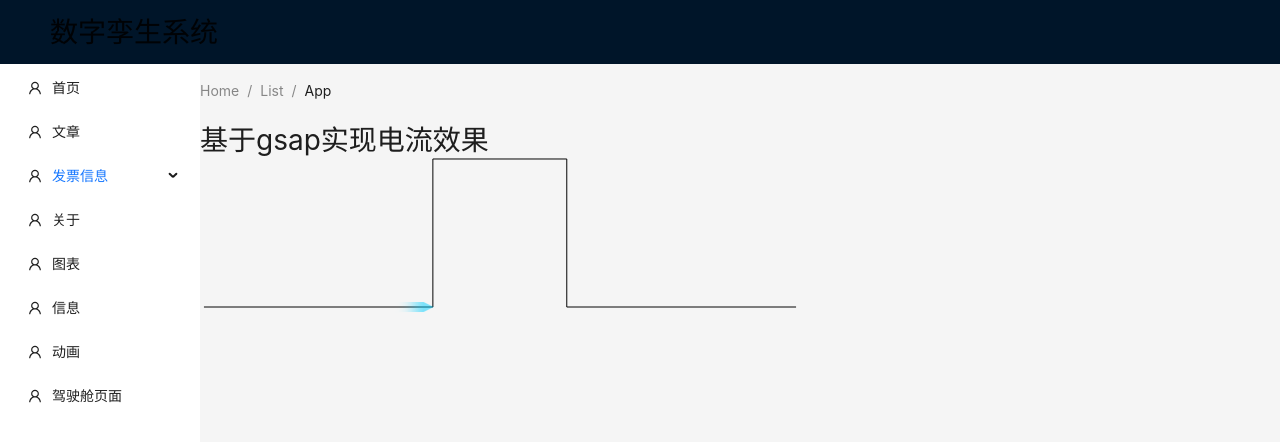
Repository: HailiePan/webpack-react-practice
Page: /animation
An editor plug-in stored every save of this project. The page is shown before and after a run of saves, followed by the edit.
The browser window is 1280 px wide. The pictures show the whole page.
The project was rebuilt for these pictures with package versions that can differ from the ones it lists, and the page was loaded fresh each time. Also part of the build but not shown: src/pages/Animation/component/ScrollAnimation/index.jsx, src/pages/Home.jsx, src/pages/Invoices/index.jsx, src/pages/Invoices/Invoice.jsx, src/pages/Invoices/Pending.jsx, src/pages/Invoices/Complete.jsx, src/components/CommonBox/index.less, src/components/CommonBox/index.jsx and 27 more.

Above is the page before, as saved 2024-01-24 17:05:16.

### index.html
<!--
 * Author  hailie.pan
 * Date  2023-10-08 16:03:03
 * LastEditors  hailie.pan
 * LastEditTime  2023-10-08 16:03:04
 * Description  file content
-->
<!--
 * Author  hailie.pan
 * Date  2023-10-07 17:34:05
 * LastEditors  hailie.pan
 * LastEditTime  2023-10-07 17:34:06
 * Description  file content
-->
<!DOCTYPE html>
<html lang="en">
  <head>
    <meta charset="UTF-8" />
    <meta http-equiv="X-UA-Compatible" content="IE=edge" />
    <meta name="viewport" content="width=device-width, initial-scale=1.0" />
    <title>Document</title>
  </head>
  <body>
    <div id="app"></div>
  </body>
</html>

### src/index.jsx
/*
 * Author  hailie.pan
 * Date  2023-10-07 17:16:58
 * LastEditors  hailie.pan
 * LastEditTime  2023-10-24 17:39:40
 * Description  file content
 */
import React, { StrictMode } from "react";
import * as ReactDOM from "react-dom/client";
import { BrowserRouter, useRoutes } from "react-router-dom";
import { routes } from "@/router";
const App = () => {
  return useRoutes(routes);
};
const root = ReactDOM.createRoot(document.getElementById("app"));
// v18 的新方法
root.render(
  <StrictMode>
    <BrowserRouter>
      <App />
    </BrowserRouter>
  </StrictMode>
);

// BrowserRouter下直接渲染useRoutes,routes里配置好路径对应的组件
// 然后就会显示路径对应的组件
// useRoutes(routes)必须在函数里写着

### src/router/index.js
/*
 * @Author: Hailie.Pan
 * @Date: 2023-11-28 10:30:45
 * @LastEditors: Hailie.Pan
 * @LastEditTime: 2024-01-11 10:41:08
 * @Description:
 */
/*
 * Author  hailie.pan
 * Date  2023-10-13 17:13:27
 * LastEditors  hailie.pan
 * LastEditTime  2023-11-28 10:30:45
 * Description  file content
 */
import React from "react";
import { useRoutes } from "react-router-dom";

import BaseLayout from "@/BaseLayout";

import Home from "@/pages/Home";
import Invoices from "@/pages/Invoices";
import Invoice from "@/pages/Invoices/Invoice";
import Pending from "@/pages/Invoices/Pending";
import Complete from "@/pages/Invoices/Complete";
import About from "@/pages/About";
import Article from "@/pages/Article";
import ControlRoomFirstPage from "@/pages/ControlRoomFirstPage";
import Chart from "@/pages/Chart";
import Info from "@/pages/Info";
import Animation from '@/pages/Animation'

const routes = [
  {
    path: "/",
    element: <BaseLayout />,
    name: "一级场景",
    children: [
      { path: "/home", element: <Home />, name: "首页" },
      { path: "/article", element: <Article />, name: "文章" },
      {
        // path: "/invoices",
        // element: <Invoices />,
        name: "发票信息",
        children: [
          {
            path: "/invoices/invoicesDetail/:id",
            element: <Invoice />,
            name: "发票1详情",
          },
          {
            path: "/invoices/pending",
            element: <Pending />,
            name: "发票2详情",
          },
          {
            path: "/invoices/complete",
            element: <Complete />,
            name: "发票3详情",
          },
        ],
      },

      {
        path: "/about",
        element: <About />,
        name: "关于",
      },
      {
        path: "/chart",
        element: <Chart />,
        name: "图表",
      },
      {
        path: "/info",
        element: <Info />,
        name: "信息",
      },
      {
        path: "/animation",
        element: <Animation />,
        name: "动画",
      },
    ],
  },
  {
    path: "/controlRoomFirstPage",
    element: <ControlRoomFirstPage />,
    name: "驾驶舱页面",
  },
];

export { routes };

### src/BaseLayout/index.jsx
/*
 * Author  hailie.pan
 * Date  2023-10-13 17:28:32
 * LastEditors  hailie.pan
 * LastEditTime  2023-12-04 10:37:50
 * Description  file content
 */

import React, {useEffect, useCallback, useState, useMemo } from 'react';
import { LaptopOutlined, NotificationOutlined, UserOutlined } from '@ant-design/icons';
import { Breadcrumb, Layout, Menu, theme } from 'antd';
import { Link, NavLink, useRoutes, Navigate, Outlet } from 'react-router-dom';
import { gsap } from "gsap";
import { ScrollTrigger } from 'gsap/ScrollTrigger.js'
import { routes } from '@/router';
import StateContext from './data.js';
import styles from './index.less';
import ScrollAnimation from '@/pages/Animation/component/ScrollAnimation'
const { Header, Content, Sider } = Layout;

export default function BaseLayout() {
  // console.log("routes", routes);
  const [selectedMenuKeys, setSelectedMenuKeys] = useState([]);

  // useMemo缓存菜单的计算方法，避免每次刷新时都计算一遍
  // 这个菜单的算法还是不太优美，不好维护
  let showMenu = useMemo(
    () =>
      routes
        .map((item, index) => {
          if (item.children) {
            const arr2 = item.children.map((c, cIndex) => {
              return {
                key: cIndex,
                icon: React.createElement(UserOutlined),
                name: c.name,
                label: (
                  <NavLink to={c.path} state={'From App'}>
                    {c.name}
                  </NavLink>
                ),
                children: c?.children?.map((t, tIndex) => ({
                  key: `${cIndex}-${tIndex}`,
                  icon: React.createElement(UserOutlined),
                  name: t.name,
                  label: <NavLink to={t.path}>{t.name}</NavLink>
                }))
              };
            });
            return arr2;
          } else {
            return {
              key: 'dandu' + index,
              icon: React.createElement(UserOutlined),
              name: item.name,
              label: (
                <NavLink to={item.path} state={'From App'}>
                  {item.name}
                </NavLink>
              )
            };
          }
        })
        .flat(), // arr2是个数组，放到showMenu数组里需要拉平
    []
  );
  showMenu.flat();
  // console.log("showMenu", showMenu);

  const menuArr = [
    {
      key: 0,
      icon: React.createElement(UserOutlined),
      label: (
        <NavLink to="/home" state={'From App'}>
          首页
        </NavLink>
      )
    },

    {
      key: 1,
      icon: React.createElement(LaptopOutlined),
      label: <NavLink to="invoices">发票信息</NavLink>,
      children: [
        {
          key: '1-0',
          label: <NavLink to="/invoices/invoicesDetail/1?a=a&b=b">发票1详情页</NavLink>
        },
        {
          key: '1-1',
          label: <NavLink to="/invoices/pending?fromPage=菜单点击">发票2详情页</NavLink>
        },
        {
          key: '1-2',
          label: (
            <NavLink to="/invoices/complete" state={'左侧菜单点击'}>
              发票3详情页
            </NavLink>
          )
        }
      ]
    },
    {
      key: 2,
      icon: React.createElement(NotificationOutlined),
      label: <NavLink to="about">关于</NavLink>
    },
    {
      key: 3,
      icon: React.createElement(NotificationOutlined),
      label: <NavLink to="controlRoomFirstPage">驾驶舱页面</NavLink>
    },
    {
      key: 4,
      icon: React.createElement(LaptopOutlined),
      label: <NavLink to="article">文章</NavLink>
    }
  ];

  const onSelectMenu = ({ item, key, keyPath, selectedKeys, domEvent }) => {
    setSelectedMenuKeys([key]);
  };

  const [state, setState] = useState('playing');

  // useEffect(()=>{
  //   gsap.registerPlugin(ScrollTrigger)
  //     // 绿色方块
  //     gsap.to("#ewrwer", {
  //       rotation: 900,
  //       x:400,
  //       duration: 1,
  //       scrollTrigger: {
  //         trigger: '#ewrwer', // 动画的元素
  //         scroller: document.getElementById('21321'), // 滚动的元素
  //         scrub: 2,
  //         markers: true,
  //       },

  //     });
  // },[])

  return (
    <Layout className={styles.layoutWrap}>
{/*
      <div className={styles.box} id='21321'>
        <div className={styles.green} id='ewrwer'></div>
        <div style={{height:'1000px'}} />
      </div> */}

      {/* <ScrollAnimation /> */}


      <Header className={styles.header}>
        <div className={styles.logo} />

        <h1>数字孪生系统</h1>
      </Header>

      <Layout>
        <Sider className={styles.sider}>
          <Menu
            mode="inline"
            // defaultSelectedKeys={["0"]}
            // defaultOpenKeys={["sub1"]}
            style={{
              height: '100%',
              borderRight: 0
            }}
            items={showMenu}
            selectedKeys={selectedMenuKeys}
            onSelect={onSelectMenu}
          />
        </Sider>

        <Layout className={styles.rightLayout}>
          <Breadcrumb
            style={{
              margin: '16px 0'
            }}
          >
            <Breadcrumb.Item>Home</Breadcrumb.Item>
            <Breadcrumb.Item>List</Breadcrumb.Item>
            <Breadcrumb.Item>App</Breadcrumb.Item>
          </Breadcrumb>

          <StateContext.Provider value={{ state, setState }}>
            <Content className={styles.content} id='content'>
              <Outlet />
            </Content>
          </StateContext.Provider>
        </Layout>
      </Layout>
    </Layout>
  );
}

### src/pages/Animation/index.jsx
/*
 * @Author: Hailie.Pan
 * @Date: 2024-01-11 10:41:16
 * @LastEditors: Hailie.Pan
 * @LastEditTime: 2024-01-24 15:25:22
 * @Description:
 */
import React, { useRef, useEffect, useState } from 'react';
import { gsap } from 'gsap';
import { ScrollTrigger } from 'gsap/ScrollTrigger.js';
import MoveBox from './component/MoveBox';
import MoveOnPath from './component/MoveOnPath';
import CanvasDraw from './component/CanvasDraw';
import TimeLine from './component/TimeLine';
import ScrollAnimation from './component/ScrollAnimation';
import ScrollAnimation2 from './component/ScrollAnimation2';
import ImitateElectricity from './component/ImitateElectricity';
import DraggableCom from './component/DraggableCom';
import styles from './index.module.less';

export default function Animation() {
  let obj = { myNum: 10, myColor: 'red' };

  useEffect(() => {
    // stagger 依次执行动画
    // gsap.to([boxRef.current, boxRef2.current, boxRef3.current], {
    //   rotation: 360,
    //   stagger:1,
    //   duration:2
    // });

    gsap.to(obj, {
      myNum: 200,
      myColor: 'blue',
      onUpdate: () => {
        console.log('onUpdate', obj.myColor);
      },
      onComplete: () => console.log('onComplete', obj.myNum, obj.myColor)
    });
  }, []);

  return (
    <div className={styles.wrap}>
      {/* <MoveBox /> */}

      {/* 在canvas中驱动元素绘制 */}
      {/* <CanvasDraw /> */}

      {/* 时间线动画 stagger依次错开 */}
      {/* <TimeLine /> */}

      {/* 元素沿SVG路径移动 */}
      {/* <MoveOnPath /> */}

      {/* 把canvas的效果和gsap的效果放在一起对比 */}
      {/* 模拟电流效果 */}
      <ImitateElectricity />

      {/* 滚动动画 */}
      {/* <ScrollAnimation /> */}

      {/* 滚动动画 */}
      {/* <ScrollAnimation2 /> */}

      {/* 可拖拽 */}
      {/* <DraggableCom /> */}
    </div>
  );
}

### src/BaseLayout/data.js
/*
 * Author  hailie.pan
 * Date  2023-11-28 10:20:25
 * LastEditors  hailie.pan
 * LastEditTime  2023-11-28 10:26:27
 * Description  file content
 */
import { createContext } from "react";

const StateContext = createContext({});

export default StateContext;

### src/BaseLayout/index.less
body {
  margin: 0;
  // height: 200vh;
}


.layoutWrap {
  height: 100vh;
  overflow-y: auto;
}

.box{
  height: 200px;
  overflow-y: auto;
  // border: 1px solid rgb(239, 200, 151);
}
.green{
  width: 50px;
  height: 50px;
  background-color: green;
  border-radius: 4px;
  margin: 0 auto;
  position: fixed;
  top: 50%;
  left: 50%;
}
.header {
  display: flex;
  align-items: center;

  .logo {
    width: 100px;
    height: 40px;
    background: rgba(255, 255, 255, 0.5);
    margin-right: 20px;
  }
  h1 {
    color: #fff;
    padding: 0;
    margin: 0;
  }
}
@colorBgContainer: #fff;
.sider {
  width: 200;
  background: @colorBgContainer;
}
.rightLayout {
  padding: 0 24px 24px;
}

.content {
  padding: 24px;
  margin: 0;
  min-height: 280px;
  background: @colorBgContainer;
  // border: 1px solid green; // 高度没有被页面的高度撑开
  // height: auto;
  overflow-y: scroll;
}

### src/pages/home.less
@color: rgb(248, 157, 39);

@font-face {
  font-family: "DIN";
  src: url("@/assets/fonts/庞门正道标题体2.0增强版.ttf");
  font-style: normal;
  font-weight: normal;
}
.wrapper {
  font-weight: 700;
  color: #333;

  ul {
    color: @color;
    // list-style-type: none;
  }
  .fontStyle {
    font-family: "DIN";
  }

  .box {
    height: 500px;
    margin-top: 20px;
    display: flex;
    .item {
      flex-shrink: 1; //属性定义了项目的缩小比例，默认为1，即如果空间不足，该项目将缩小
      flex-grow: 1; // 定义项目的放大比例，默认为0，即如果存在剩余空间，也不放大
      width: 300px;
      background-color: #fce09e;
      border: 1px solid rgb(255, 162, 0);
    }
  }
  .showImg {
    display: flex;
    img {
      width: 100px;
      height: 100px;
      margin-top: 10px;
      display: block;
    }
  }
}

### src/pages/Animation/component/ImitateElectricity/index.jsx
/*
 * @Author: Hailie.Pan
 * @Date: 2024-01-16 22:18:53
 * @LastEditors: Hailie.Pan
 * @LastEditTime: 2024-01-24 17:05:16
 * @Description:
 */
import React, { useEffect, useRef } from 'react';
import { gsap } from 'gsap';
import { MotionPathPlugin, MotionPathHelper } from 'gsap/all';
import { Button } from 'antd';
import styles from './index.module.less';

export default function ImitateElectricity() {
  const jiantou = useRef();
  const jiantou2 = useRef();

  // 注册插件
  gsap.registerPlugin(MotionPathPlugin);

  useEffect(() => {
    const tl = gsap.timeline({ repeat: -1 });
    gsap.set([jiantou.current, jiantou2.current], { scale: 0.5, autoAlpha: 1 });
    gsap.set([jiantou2.current], { opacity: 0 });

    tl.to([jiantou.current], {
      duration: 2,
      ease: 'none',
      immediateRender: true,
      motionPath: {
        path: '#xianlu', // 路径
        align: '#xianlu', // 对齐到路径
        alignOrigin: [0.5, 0.5], // 对齐原点
        autoRotate: 90, // 沿路径方向旋转角度
        end: 0.24,
        transformOrigin: '50% 50%'
      }
    });
    tl.to([jiantou.current], {
      duration: 0.1,
      opacity: 0
    });

    tl.to(
      [jiantou2.current],
      {
        duration: 0.1,
        opacity: 1
      },
      '<0.1'
    );

    tl.to([jiantou2.current], {
      duration: 1,
      ease: 'none',
      immediateRender: true,
      // stagger: 2, // 间隔时间
      motionPath: {
        path: '#xianlu', // 路径
        align: '#xianlu', // 对齐到路径
        alignOrigin: [0.5, 0.5], // 对齐原点
        autoRotate: 90, // 沿路径方向旋转角度
        start: 0.28,
        end: 0.41
      }
    });
    tl.to([jiantou2.current], {
      duration: 0.25,
      opacity: 0
    });

    // gsap.registerPlugin(MotionPathPlugin, MotionPathHelper)
  }, []);

  return (
    <div>
      <h1>基于gsap实现电流效果</h1>
      {/* svg路径必须是path */}
      <svg class={styles.motionPath} viewBox="0 0 600 152">
        <path fill="none" stroke="#000" d="m0,151h231.97V1h135.69v150h232.35" />
        <path
          id="xianlu"
          fill="none"
          stroke="none"
          d="m0,151h225.12c3.78,0,6.85-3.06,6.85-6.85V8.04c0-3.89,3.15-7.04,7.04-7.04h121.97c3.69,0,6.68,2.99,6.68,6.68v136.63c0,3.69,3,6.69,6.69,6.69h225.66"
        />
      </svg>

      <div className={styles.jiantou} ref={jiantou}></div>
      <div className={styles.jiantou} ref={jiantou2}></div>
    </div>
  );
}

### src/pages/Animation/component/ScrollAnimation/index.module.less

.wrap{
  border:1px solid red;
  height: 600px;
  background-color: #111;
  color: white;
  // overflow-x: hidden;
  overflow-y: scroll;
}
h1, h2 {
  margin: 0;
  font-weight: 400;
  max-width: none;
}
.headerSection{
  height: 400px;
  line-height: 400px;
  border: 1px solid rgb(255, 140, 0);
}

.comparisonSection {
  position: relative;
  padding-bottom: 56.25%; /* to maintain aspect ratio (responsive!) */
  border: 1px solid yellow;

  .comparisonImage {
    width: 100%;
    height: 100%;

    img {
      width: 100%;
      height: 100%;
      position: absolute;
      top: 0;
    }
  }

  .afterImage {
    position: absolute;
    overflow: hidden;
    top: 0;
    transform: translate(100%, 0px);
    img {
      transform: translate(-100%, 0px);
    }
  }
}

### src/pages/Animation/component/ImitateElectricity/index.module.less
.motionPath {
  overflow: visible;
  width: 600px;
  height: 150px;
}

.jiantou {
  width: 20px;
  height: 77px;
  background: url('./assets/jiantou2.png');
}

After the next 3 saves:
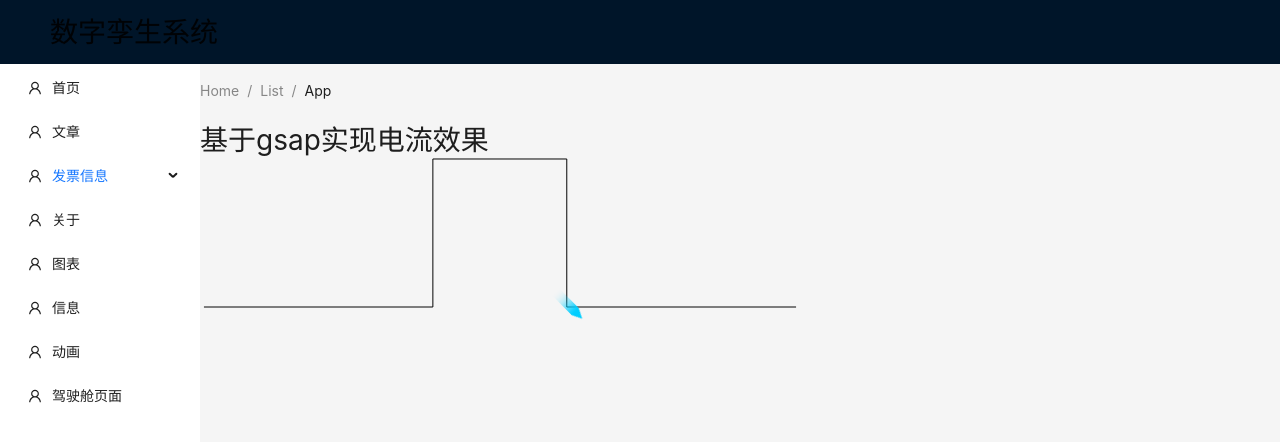
The 3 saves are shown as one change because they came seconds apart.
The last was saved 22 s later.
--- a/src/pages/Animation/component/ImitateElectricity/index.jsx
+++ b/src/pages/Animation/component/ImitateElectricity/index.jsx
@@ -32,42 +32,42 @@ export default function ImitateElectricity() {
         align: '#xianlu', // 对齐到路径
         alignOrigin: [0.5, 0.5], // 对齐原点
         autoRotate: 90, // 沿路径方向旋转角度
-        end: 0.24,
+        // end: 0.24,
         transformOrigin: '50% 50%'
       }
     });
-    tl.to([jiantou.current], {
-      duration: 0.1,
-      opacity: 0
-    });
+    // tl.to([jiantou.current], {
+    //   duration: 0.1,
+    //   opacity: 0
+    // });
 
-    tl.to(
-      [jiantou2.current],
-      {
-        duration: 0.1,
-        opacity: 1
-      },
-      '<0.1'
-    );
+    // tl.to(
+    //   [jiantou2.current],
+    //   {
+    //     duration: 0.1,
+    //     opacity: 1
+    //   },
+    //   '<0.1'
+    // );
 
-    tl.to([jiantou2.current], {
-      duration: 1,
-      ease: 'none',
-      immediateRender: true,
-      // stagger: 2, // 间隔时间
-      motionPath: {
-        path: '#xianlu', // 路径
-        align: '#xianlu', // 对齐到路径
-        alignOrigin: [0.5, 0.5], // 对齐原点
-        autoRotate: 90, // 沿路径方向旋转角度
-        start: 0.28,
-        end: 0.41
-      }
-    });
-    tl.to([jiantou2.current], {
-      duration: 0.25,
-      opacity: 0
-    });
+    // tl.to([jiantou2.current], {
+    //   duration: 1,
+    //   ease: 'none',
+    //   immediateRender: true,
+    //   // stagger: 2, // 间隔时间
+    //   motionPath: {
+    //     path: '#xianlu', // 路径
+    //     align: '#xianlu', // 对齐到路径
+    //     alignOrigin: [0.5, 0.5], // 对齐原点
+    //     autoRotate: 90, // 沿路径方向旋转角度
+    //     start: 0.28,
+    //     end: 0.41
+    //   }
+    // });
+    // tl.to([jiantou2.current], {
+    //   duration: 0.25,
+    //   opacity: 0
+    // });
 
     // gsap.registerPlugin(MotionPathPlugin, MotionPathHelper)
   }, []);
